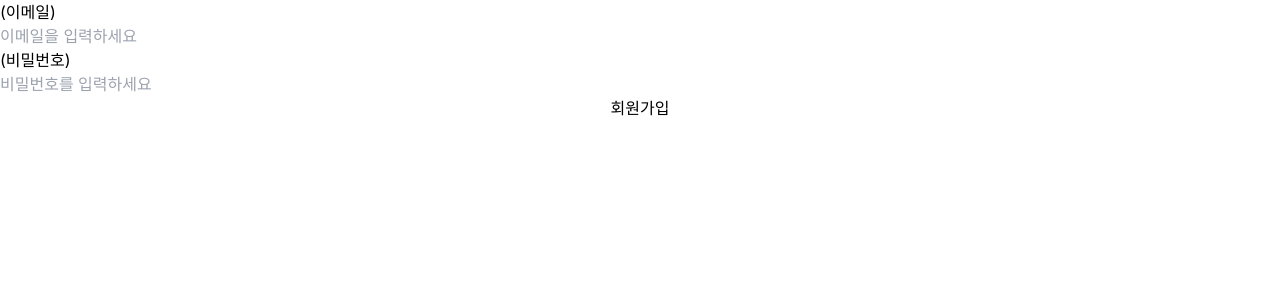
Repository: Hwang-uihyuk/wanted-pre-onboarding-frontend
Page: /signin
These files come from the project's save history. The page is drawn as it stood at one moment and after the next save; the edit follows.
The browser window is 1280 px wide. The pictures show the whole page.
The project was rebuilt for these pictures with package versions that can differ from the ones it lists, and the page was loaded fresh each time. Also part of the build but not shown: src/App.css, src/pages/Home.jsx, src/pages/SignUp.jsx, src/pages/NotFound.jsx, src/pages/Todo.jsx.

Above is the page before, as saved 2023-02-07 21:11:24.

After the next save:
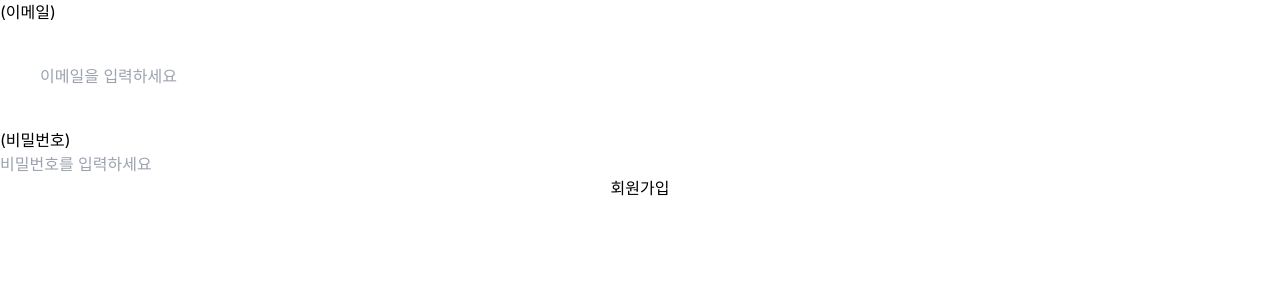
Saved 21 s later.
--- a/src/pages/SignIn.jsx
+++ b/src/pages/SignIn.jsx
@@ -52,6 +52,7 @@
         <form className ="flex flex-col"onSubmit={onSubmitHandler}>
             <label>(이메일) </label>
             <input
+            className='p-10'
              data-testid="email-input"
              type="email"
              msg={msgEmail}

After the 2 saves that followed:
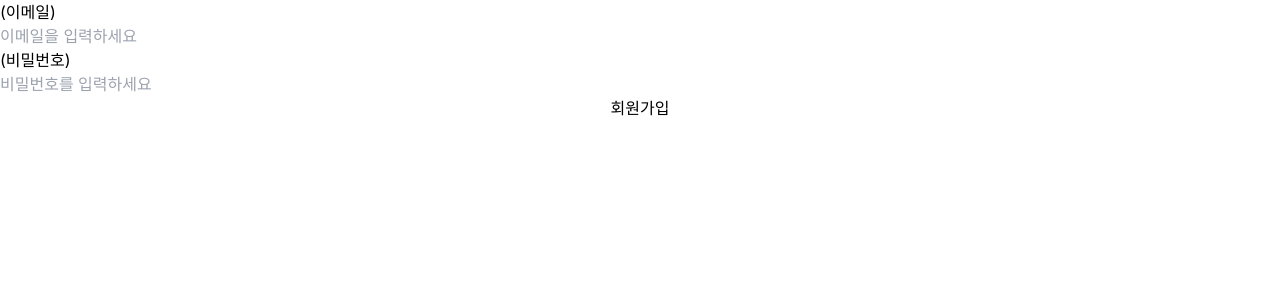
The 2 saves are shown as one change because they came seconds apart.
The last was saved 8 s later.
--- a/src/pages/SignIn.jsx
+++ b/src/pages/SignIn.jsx
@@ -52,7 +52,7 @@
         <form className ="flex flex-col"onSubmit={onSubmitHandler}>
             <label>(이메일) </label>
             <input
-            className='p-10'
+            className=''
              data-testid="email-input"
              type="email"
              msg={msgEmail}
